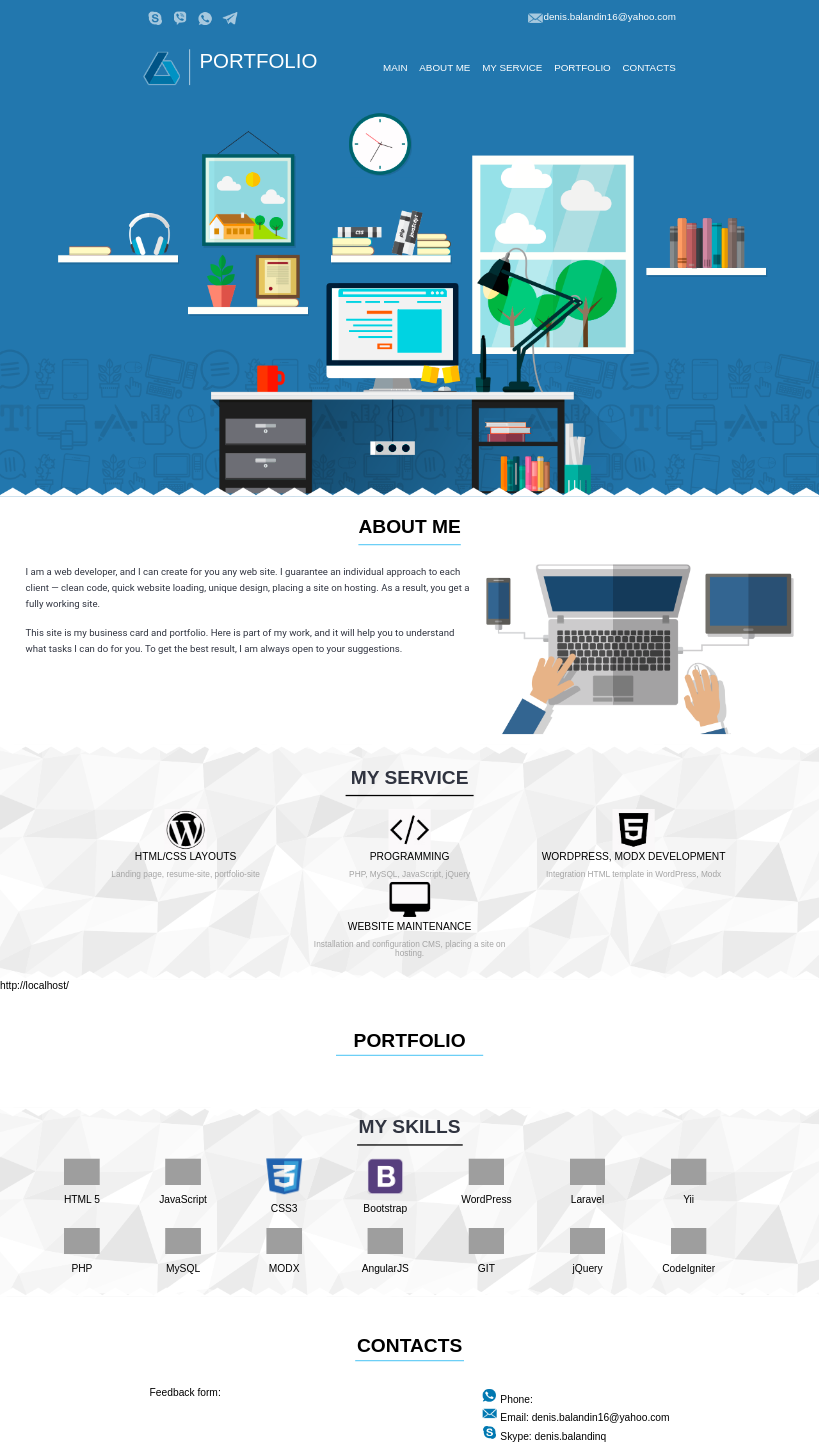
Repository: DenisBalandin/Portfolio
Page: /
An editor plug-in stored every save of this project. The page is shown before and after the next save, followed by the edit.
The browser window is 1280 px wide. The pictures show the whole page, at 64% of full size.
Pictures or frames that could not be fetched are drawn as grey boxes. The page's requests for data from a server got no answer. The project was rebuilt for these pictures with package versions that can differ from the ones it lists, and the page was loaded fresh each time. No one was signed in, and anything a server would have sent is missing. Also part of the build but not shown: src/ItemPage.js.

Above is the page before, as saved 2020-03-06 19:24:14.

### src/App.js
import React from 'react';
import './style.scss';
import ItemPage from './ItemPage';
import Home from './Home';
import Header from './Header';


import {BrowserRouter as Router,Route, Link} from 'react-router-dom';

function App(){
  return (
    <Router>
      <Header/>
      <Route exact path="/pageitem" component={ItemPage} />

      <Route exact path="/pageitem/:itemid" component={ItemPage} />
      <Route exact path="/" component={Home} />
    </Router>
  );
}

export default App;

### src/style.scss
*{padding: 0; margin: 0;}
body{font-family: Arial; min-width: 500px; }
a{text-decoration: none; color: #FFFFFF; text-decoration: none;}
li{list-style: none;}



/* Heder */
#first_page_bg{
    width:100%;
    height: 70%;
    background: #2277ae;
    header{
        width: 65%;
        margin: 0 auto 0 auto;
        .up_menu_links{
            display: flex;
            justify-content: space-between;
           padding: 2% 0 0 0;
            .social_link{
                width: 30%;
                a{
                    margin: 0 3% 0 3%;
                }
            }
            .email_heder{
                // width: 20%;
                a{
                    display: flex;
                    .email_icon{
                        width: 15%;
                        img{
                            width: 100%;
                            // position: absolute;
                            margin: 0 0 0 -2%;
                        }
                    }

                    div{
                        // position: absolute;
                        margin: 0.3% 0 0 0%;
                        font-size: 1.2vw;
                    }
                }

            }
        }

        menu{
            margin:5% 0 5% 0;
            display: flex;
            justify-content: space-between;
            width: 100%;
            .logo{
                width: 35%;
                display: flex;
                img{
                    width: 100%;
                   margin: -10% 0 10% 0;
                }
                .company_name{
                    // margin: 0.3% 0 0 5%;
                    // height: 90%;
                    padding: 0 0 0 5%;

                    border-left: #FFFFFF 1px solid;
                    font-size: 2.5vw;
                    height: 100%;
                    vertical-align: middle;
                }
            }
            .menu_heder{
                padding: 1.2% 0 0 0;
                width: 55%;
                display: flex;
                justify-content: space-between;
                font-size: 1.2vw;
            }


        }
    }

}





// .menu div{ margin: -1px 5px 0 5px; color:#ffffff; font-size: 17px;  display: flex;
//     flex-direction:row;
//     flex-wrap: wrap;
//     justify-content: center;}
// .menu div a{color:#ffffff; font-size: 20px;}
/*Top menu end*/
/*Heder end*/

/*Page*/
#first_page_bg_single{ width: 100%; height: 195px; background: #2277ae; padding:0px 0 0 0; overflow: hidden;}
.bg_page_insaide_page{width: 100%; background: url("img/pattop1.png") repeat-x; height: 230px; position: relative; z-index:5;}
.deltatop_page_page{width: 100%; background: url("img/deltatop.png") repeat-x; height: 14px; position: relative; z-index: 20; margin: -13px 0 0 0;}
#content_page{
    max-width: 1200px;
    margin: 30px auto 0px auto;
    display: flex;
    flex-wrap: wrap;
    flex-direction: row;
    justify-content: space-around;
}
.content_pageh1{
    font-size: 30px;
    text-transform: uppercase;
    text-align: center;
    font-weight: bold;
    position: relative;
    margin-bottom: 30px;
    color:#303440;
    text-decoration: underline;
    padding: 40px 0 10px 0;
}
#content_page img{
    width: 100%;
    height: auto;
}
/*Page end*/
.order_site{float: right; margin: 15px 0 0 20px; width: 178px; height: 30px; border: 1px solid #6ca6cd; text-align: center; color: #ffffff; padding: 10px 0 0 0; font-size: 14px; box-shadow: 9px 8px 4px -7px #2277ae; }
.order_site:hover{background: #0298cc; cursor: pointer;}
.company_name{
    color: #ffffff;
    font-size: 45px;
    margin: -10px 0 0 15px;
}
.company_name a{color: #FFFFFF;}
.company_name a:hover{color: #FFFFFF; text-decoration: none;}
.logo_border{
    width: 1px; height: 50px; background: #FFFFFF; margin: 0 10px 0 25px;
}
.content_description{
    max-width: 750px;
    height: 60px;
    float: left;
    font-size: 14px;
    color: #303440;
    margin: 0 0px 0 0;
}
.tools{ font-size: 15px; color: #303440; padding: 0 0 0 0px; }
.content_link{font-size: 15px; color: #303440; margin:0px 0 20px 0;}
.content_link a{color: #303440; text-decoration: underline;}
.content_link a:hover{text-decoration: none;}
.content_text{
    width: 80%;
    background: #fff;
    border: 1px solid #59759b;
    overflow: hidden;
    margin: 0 auto 0 auto;
}
.content_text img{
    width: 100%!important;
    height: 50%!important;
}
.web_line{ background:url("img/web_line.jpg")no-repeat;  display: inline-block; height: 69px; max-width: 1150px; margin: 0 0 -5px 0; border-right: 1px solid #59759b; border-left: 1px solid #59759b; border-top: 1px solid #59759b;}
.content_url{float: left; margin: 40px 0 0 160px;}
.content_url a{color: #585353;}
/*Links end*/
.flex-container {
    display: flex;
    flex-direction:  row-reverse;
}
/*Top Menu*/
.heder_menu{
    display: flex;
}
.top_menu{
    margin: 20px 0;
    display: flex;
    flex-direction:row;
}
/*Page bg*/
.page_bg{
    margin: -10px auto 0 auto;
}
.bg_page_insaide{width: 100%; background: url("img/pattop.png") repeat-x;  position: relative; z-index:5; background-position: bottom;
    display: flex;
    flex-direction: column;
}
.bg_page_insaide_single{width: 100%; margin: 15px 0 0 0; background: url("img/pattop.png") repeat-x; height: 130px; position: relative; z-index:5;}
.deltatop_page{width: 100%; background: url("img/deltatop.png") repeat-x; height: 14px; position: relative; z-index: 20; margin: -14px 0 0 0;}
/*Page bg end*/

/*About me*/
#about_me{
    max-width: 1200px;
    margin:  30px auto 70px auto;
}
#about_me h1{
    font-size: 30px;
    text-transform: uppercase;
    margin: 0 auto 30px auto;
    font-weight: bold;
    position: relative;
    border-bottom: 2px solid #6dcff6;
    width: 160px;
    padding: 0 0 10px 0;
}
#about_me p{    box-sizing: border-box;
    font: 15px "Roboto";
    line-height: 25px;
    color: #303440; margin: 20px 0 13px 0;}
#about_me img{
    padding: 0 0 0 20px;
    margin: 0 0 20px 0;
}
/*About me end*/

/*My Service*/
#my_service_bg{
    height: 100%;
    background: url("img/bgdelta.png") repeat-x;
}
.my_service_line_top{
    width: 100%;
    height: 14px;
    background: url("img/deltabottom.png") repeat-x;
}
.my_service_line_bottom{
    width: 100%;
    height: 14px;
    background: url("img/deltatop.png") repeat-x;
}
#my_service{
    max-width: 1500px;
    margin: 0px auto 20px auto;
    display: flex;
    flex-direction:row;
    flex-wrap: wrap;
    justify-content: center;

}
#my_service_bg h3{
    font-size: 30px;
    text-transform: uppercase;
    font-weight: bold;
    color: #303440;
    width: 200px;
    text-align: center;
    margin: 20px auto 20px auto;
    border-bottom: 2px #000000 solid;
    padding: 0 0 10px 0;
}
#my_service div{
    display: flex;
    flex-direction:column;
    flex-wrap: wrap;
    justify-content: center;
}
#my_service div img{
    margin:  0 auto 0 auto;
}
.text_1{
    text-align: center;
    padding: 0 25px 0 25px;
    font-size: 1em;
}
.text_2{
    text-align: center;
    padding: 0 25px 0 25px;
    color:#a4a4a4;
    font-size: 5em;
    width: 300px;
}
/*My service end*/

/*Portfolio*/
#portfolio{
    max-width: 1200px;
    margin: 0 auto 40px auto;
    display: flex;
    flex-direction:row;
    flex-wrap: wrap;
    justify-content: center;
}
.portfolioh3{
    font-size: 30px;
    text-transform: uppercase;
    text-align: center;
    font-weight: bold;
    position: relative;
    border-bottom: 2px solid #6dcff6;
    width: 230px;
    margin: 60px auto 40px auto;
    padding: 0 0 5px 0;
}
#portfolio .portfolioblock{
    border: 1px solid #bfd2e1;
    width: 368px;
    margin: 10px;
    box-shadow: 5px 5px 4px -5px #000000;
}
#portfolio div img{
    margin: -12px 0 0px 0;
    display: inline-block;
}
.p_name{
    background:#2d7eb2;
    text-align: center;
    height: 40px;
    opacity: 0.8;
    padding: 2px 20px;
    margin: 0 auto 0 auto;
}
.p_name a{
    font-size: 20px;
    color: #ffffff;
}
.p_name:hover{
    text-decoration: none;
}
/*Portfolio end*/

/*Content blog*/
#content_blog{ max-width: 1200px;  margin: 0 auto 40px auto; min-height: 300px;}
/*Content blog end*/



/*I used*/
#my_skils_bg{
    width: 100%;
    height: 100%;
    background: url("img/bgdelta.png") repeat-x;
    margin: 0 0 40px 0;
}
.my_skils_line_top{
    width: 100%;
    height: 14px;
    background: url("img/deltabottom.png") repeat-x;
}
.my_skils_line_bottom{
    width: 100%;
    height: 14px;
    background: url("img/deltatop.png") repeat-x;
}
#my_skils{
    max-width: 1200px;
    margin: 10px auto 0px auto;
    display: flex;
    flex-direction:row;
    flex-wrap: wrap;
}
#my_skils div img{}
.my_skillsh3{
    font-size: 30px;
    text-transform: uppercase;
    font-weight: bold;
    color: #303440;
    width: 165px;
    text-align: center;
    margin: 0 auto 20px auto;
    border-bottom: 2px #000000 solid;
    padding: 0 0 10px 0;
}
#my_skils div{ width: 140px; text-align: center; margin: 0 0 20px 18px;}
#my_skils div img{margin: 0 0 10px 0; width:40%;}
.about_me_img{}
.text_1{ text-align: center;}
.text_2{ text-align: center; margin: 10px 0 0 0; color:#a4a4a4; font-size: 13px;}
/*I used end*/

/*Portfolio*/
.contactsh3{
    font-size: 30px;
    text-transform: uppercase;
    text-align: center;
    font-weight: bold;
    position: relative;
    border-bottom: 2px solid #6dcff6;
    width: 170px;
    margin: 60px auto 40px auto;
    padding: 0 0 5px 0;
}
#contacts{
    max-width: 1200px;
    margin: 0 auto 0px auto;
    display: flex;
    flex-direction:row;
    flex-wrap: wrap;
    justify-content: space-around;
}
.formcont{ margin: 0 20px 0 0;}
.formcont input{border: 1px solid #dddddd; margin: 10px 0 10px 0; width: 250px; height: 30px; color: #666666; padding: 0 0 0 10px;}
.formcont textarea{border: 1px solid #dddddd; margin: 10px 0 10px 0; width: 410px; height: 70px; color: #666666; padding: 15px 0 0 10px;}
.formcont button{ background:#0298cc; height: 40px; width: 180px; color: #ffffff; font-size: 18px; border: 1px solid #6ca6cd; cursor: pointer;}
.formcont button:hover{ background:#2277ae;}
/*Portfolio end*/

/*Footer*/
#footer_bg{background: #2277ae; width: 100%; height: 100px; margin: 50px 0 0 0; }
#footer{max-width: 1200px;  margin: 10px auto 0px auto; height: 50px;}
.copyright{ color: #ffffff; margin: 25px 0 0 10px;}
.footermenu{ margin: 25px 0 0 0;}
.footermenu li{float: left; font-size: 14px; margin: 0 10px 0 10px; color: #ffffff; border-bottom: 1px solid #ffffff;}
.footermenu li:hover{border-bottom: 1px solid #2277ae;}
/*footer end*/


@media all and (max-width: 900px) {
    #my_service div img {
        width: 0%;
    }

    #about_me p img {
        width: 0%;
    }

    #my_skils div img {
        width: 0% !important;
    }

    #my_skils{
        justify-content: space-around!important;
    }
    #my_skils div{
        margin: 0 !important;
    }
    .top_menu{
        display: none!important;
    }
    .menu{
        margin: 10px 0 40px 0!important;
        justify-content: space-around !important;
    }
    #about_me p{
        padding: 0 30px 0 30px!important;
    }
}

### src/Home.js
import React,{Component} from 'react';
import AboutMe from './AboutMe';
import MyService from './MyService';
import MySkills from './MySkills';
import Contacts from './Contacts';
import Portfolio from './Portfolio';
import {BrowserRouter as Router,Route, Link} from 'react-router-dom';


class Home extends Component{
    render(){
        return(
            <div>
                <Router>
                    <AboutMe/>
                    <MyService/>
                    <Portfolio/>
                    <MySkills/>
                    <Contacts/>
                </Router>
            </div>
        );
    }
}
export default Home;

### src/Header.js
import React from 'react';
import skype from './img/skype_icon.jpg';
import viber from './img/viber_icon.jpg';
import whatsap from './img/whatsap.jpg';
import telegram from './img/telegram.jpg';
import email from './img/email.jpg';
import logo from './img/logo.png';
import background from './img/background.png';


function Header(){
    return(
        <div id="first_page_bg" >
        {/* <!--Links--> */}
            <header>
            <div className="up_menu_links">
                <div className="social_link">
                    <a href="#"><img src={skype}/></a>
                    <a href="#"><img src={viber}/></a>
                    <a href="#"><img src={whatsap}/></a>
                    <a href="#"><img src={telegram}/></a>
                </div>
                <div className="email_heder">
                    <a href="#">
                        <div className="email_icon"><img src={email}/></div>
                        <div>denis.balandin16@yahoo.com</div>
                    </a>
                </div>
            </div>
            {/* <!--Links end--> */}
            {/* <!--Menu--> */}
            <menu>
                <div className="logo">
                    <div>
                        <a href="/">
                        <img src={logo} />
                        </a>
                    </div>
                    <div className="company_name">
                        <a href="/">PORTFOLIO</a>
                    </div>
                </div>




                <div className="menu_heder">
                    <div>
                        <a href="/">MAIN</a>
                    </div>
                    <div>
                        <a href="#about_me">ABOUT ME</a>
                    </div>
                    <div>
                        <a href="#my_service">MY SERVICE</a>
                    </div>
                    <div>
                        <a href="#portfolio">PORTFOLIO</a>
                    </div>
                    <div>
                        <a href="#contacts">CONTACTS</a>
                    </div>
                </div>
            </menu>
            {/* <!--Menu end--> */}
        </header>
        <div className="bg_page_insaide">
            <div className="page_bg">
                <img src={background} width="100%" />
            </div>
        </div>
        <div className="deltatop_page"></div>
    </div>
    );
}
export default Header;

### src/AboutMe.js
import React from 'react';
import aboutme from './img/aboutme.png';

function AboutMe(){
    return(
        <div id="about_me">
            <h1>ABOUT ME</h1>
            <p>
                <img className="about_me_img" align="right" src={aboutme} width="40%"/>
                I am a web developer, and I can create for you any web site. I guarantee an individual approach to each client — clean code, quick website loading, unique design, placing a site on hosting. As a result, you get a fully working site.
            </p>
            <p>
                This site is my business card and portfolio. Here is part of my work, and it will help you to understand what tasks I can do for you. To get the best result, I am always open to your suggestions.
            </p>
            <br/><br/><br/>
        </div>
    );
}
export default AboutMe;

### src/MyService.js
import React from 'react';
import wordpress from './img/wordpress_icon.jpg';
import teg from './img/teg.jpg';
import html5 from './img/hml5_icon.jpg';
import monitor from './img/monitor.jpg';

function MyService(){
    return(
        <div id="my_service_bg">
        <div className="my_service_line_top"></div>
          <h3>MY SERVICE</h3>
        <div id="my_service">
            <div>
              <img src={wordpress} />
              <div className="text_1">HTML/CSS LAYOUTS</div>
              <div className="text_2">Landing page, resume-site, portfolio-site</div>
            </div>
            <div>
              <img  src={teg} />
              <div className="text_1">PROGRAMMING</div>
              <div className="text_2">PHP, MySQL, JavaScript, jQuery</div>
            </div>
            <div>
              <img src={html5}/>
              <div className="text_1">WORDPRESS, MODX DEVELOPMENT</div>
              <div className="text_2">Integration HTML template in WordPress, Modx</div>
            </div>
            <div>
              <img src={monitor}/>
              <div className="text_1">WEBSITE MAINTENANCE</div>
              <div className="text_2">Installation and configuration CMS, placing a site on hosting.</div>
            </div>
        </div>
        <div className="my_service_line_bottom"></div>
      </div>
    );
}
export default MyService;

### src/MySkills.js
import React from 'react';
import css3 from './img/css3.png';
import bootstrap from './img/bootstrap.png';

function MySkills(){
    return(
        <div id="my_skils_bg">
            <div className="my_skils_line_top"></div>
            <h3 className="my_skillsh3">My Skills</h3>
            <div id="my_skils">
                <div>
                    <img src="<?php bloginfo('template_directory'); ?>/img/html5.png" />
                    <p>HTML 5</p>
                </div>
                <div>
                    <img src="<?php bloginfo('template_directory'); ?>/img/js.png"/>
                    <p>JavaScript</p>
                </div>
                <div><img src={css3}/> <p>CSS3</p></div>
                <div><img src={bootstrap}/><p>Bootstrap</p></div>
                <div><img src="<?php bloginfo('template_directory'); ?>/img/wordpress.png"/><p>WordPress</p></div>
                <div><img src="<?php bloginfo('template_directory'); ?>/img/laravel.png"/><p>Laravel</p></div>
                <div><img src="<?php bloginfo('template_directory'); ?>/img/yii.png"/><p>Yii</p></div>
                <div><img src="<?php bloginfo('template_directory'); ?>/img/php.png"/><p>PHP</p></div>
                <div><img src="<?php bloginfo('template_directory'); ?>/img/mysql.png"/><p>MySQL</p></div>
                <div><img src="<?php bloginfo('template_directory'); ?>/img/modx.png"/><p>MODX</p></div>
                <div><img src="<?php bloginfo('template_directory'); ?>/img/angular.png"/><p>AngularJS</p></div>
                <div><img src="<?php bloginfo('template_directory'); ?>/img/git.png"/><p>GIT</p></div>
                <div><img src="<?php bloginfo('template_directory'); ?>/img/jquery.png"/><p>jQuery</p></div>
                <div><img src="<?php bloginfo('template_directory'); ?>/img/codeigniter.png"/><p>CodeIgniter</p></div>
            </div>
            <div className="my_service_line_bottom"></div>
        </div>
    );
}
export default MySkills;

### src/Contacts.js
import React from 'react';
import skype_cont from './img/skype_cont.jpg';
import mail_cont from './img/mail_cont.jpg';
import phone_cont from './img/phone_cont.png';

function Contacts(){
    return(
        <>
            <h3 className="contactsh3">CONTACTS</h3>
            <div id="contacts">
                <div className="formcont">
                    <p>Feedback form:</p>

                </div>
                <div className="contacts">
                    <div>
                    <img src={phone_cont}/> <span>Phone:</span>
                    </div>
                    <div>
                    <img src={mail_cont}/> <span>Email: denis.balandin16@yahoo.com  </span>
                    </div>
                    <div>
                    <img src={skype_cont}/> <span>Skype: denis.balandinq </span>
                    </div>
                </div>
            </div>
        </>
    );
}
export default Contacts;

### src/Portfolio.js
import React,{Component} from 'react';
import portfolioicon from './img/portfolioicon.jpg';
import { db } from "./firebase";
import ReactHtmlParser, { processNodes, convertNodeToElement, htmlparser2 } from 'react-html-parser';
import {BrowserRouter as Router,Route, Link} from 'react-router-dom';

class Portfolio extends Component{
    constructor(props){
        super(props);
        this.state = {
            pages:[]
        }
    }
    componentDidMount(){
        this.getFetch();
    }
    getFetch = () => {
        // db.collection("messages")
        // .get()
        // .then(querySnapshot => {
        //     let fullArray = [];
        //     const data = querySnapshot.docs.map(doc => doc.data());
        //     for(var int = 0; int < data.length; int++){
        //         fullArray[int] = {
        //             name: data[int].name,
        //             date:data[int].date,
        //             check:data[int].check,
        //             id: querySnapshot.docs[int].id,
        //         }
        //     }
        //     this.setState({ users: fullArray });
        // });
        fetch('http://testwoo/wp-json/wp/v2/posts')
        .then(response => response.json())
        .then(
            result => this.setState({
                pages:result
            })
        );
    }

    render(){
       return(
           <>
           {window.location.href}
            {/* <Route exact path="/"  component={Home}/> */}
            <h3 className="portfolioh3">PORTFOLIO</h3>
            <div id="portfolio">
                {this.state.pages.map((page, index)=>
                    <div className="portfolioblock">
                        {/* <Link to={`/pageitem/${page.id}`}>
                            <img src={portfolioicon}  width="368"/>
                            { ReactHtmlParser(page.excerpt.rendered)}
                        </Link>
                        <div className="p_name">
                            <a href="/pexuniverse/">{page.title.rendered}</a>
                        </div> */}
                    </div>
                )}


            </div>
        </>
       );
   }
}
export default Portfolio;

### src/firebase.js
import firebase from 'firebase';

const firebaseApp = firebase.initializeApp({
    apiKey: "AIzaSyBH21wpMVzXC2kYGnD8x1tI6ru-zdWNAqs",
    authDomain: "test-4ba23.firebaseapp.com",
    databaseURL: "https://test-4ba23.firebaseio.com",
    projectId: "test-4ba23",
    storageBucket: "test-4ba23.appspot.com",
    messagingSenderId: "597606478464",
    appId: "1:597606478464:web:6e48455407186638df2c65",
    measurementId: "G-NDR2C185V9"
});

const db = firebaseApp.firestore();

export {db};

Loaded but not shown: public/index.html (common file); src/index.js (common file); src/index.css (common file); src/serviceWorker.js (common file)

After the next save:
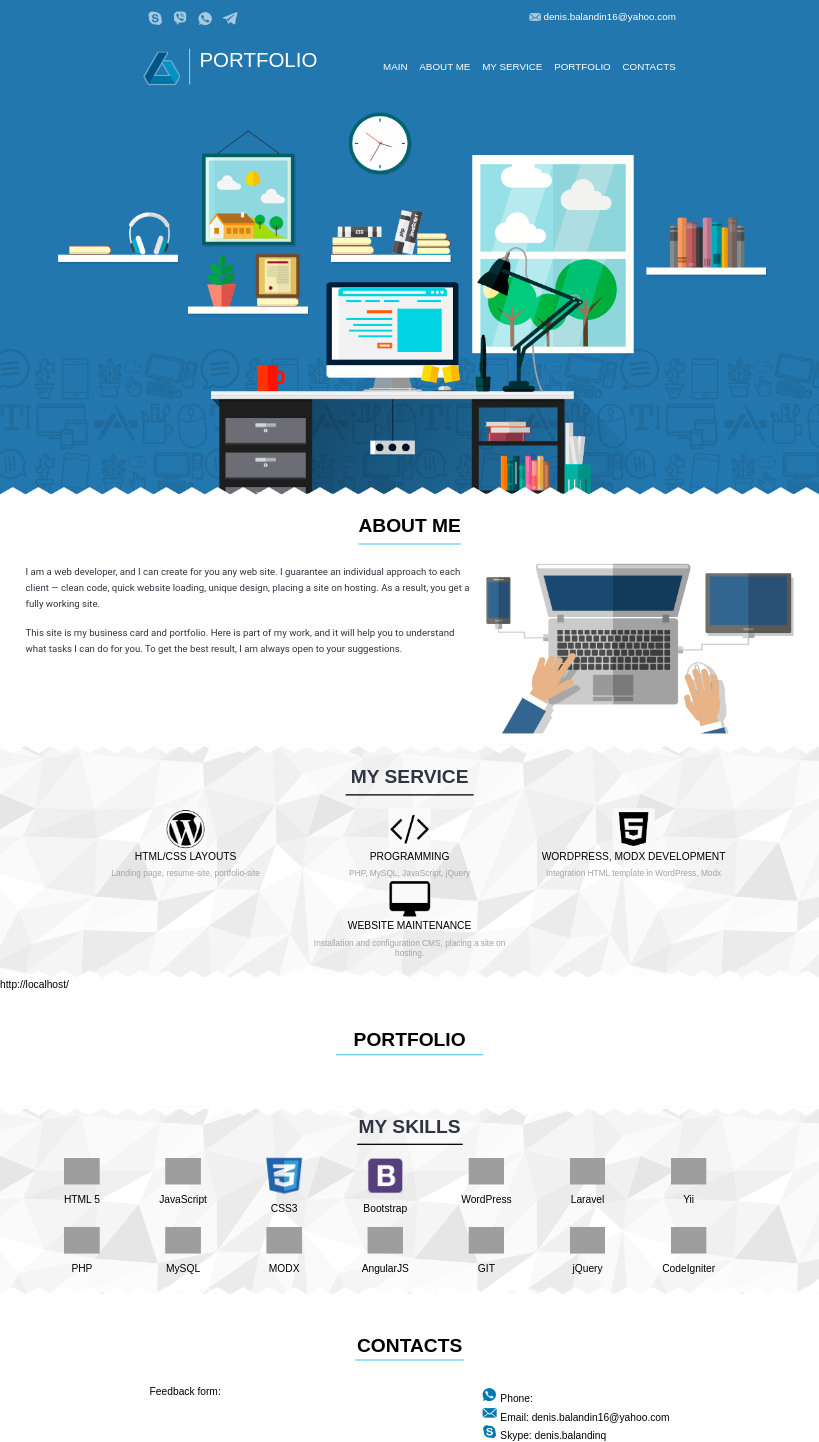
Saved 5 s later.
--- a/src/style.scss
+++ b/src/style.scss
@@ -38,7 +38,7 @@
 
                     div{
                         // position: absolute;
-                        margin: 0.3% 0 0 0%;
+                        margin: 0.3% 0 0 1%;
                         font-size: 1.2vw;
                     }
                 }
